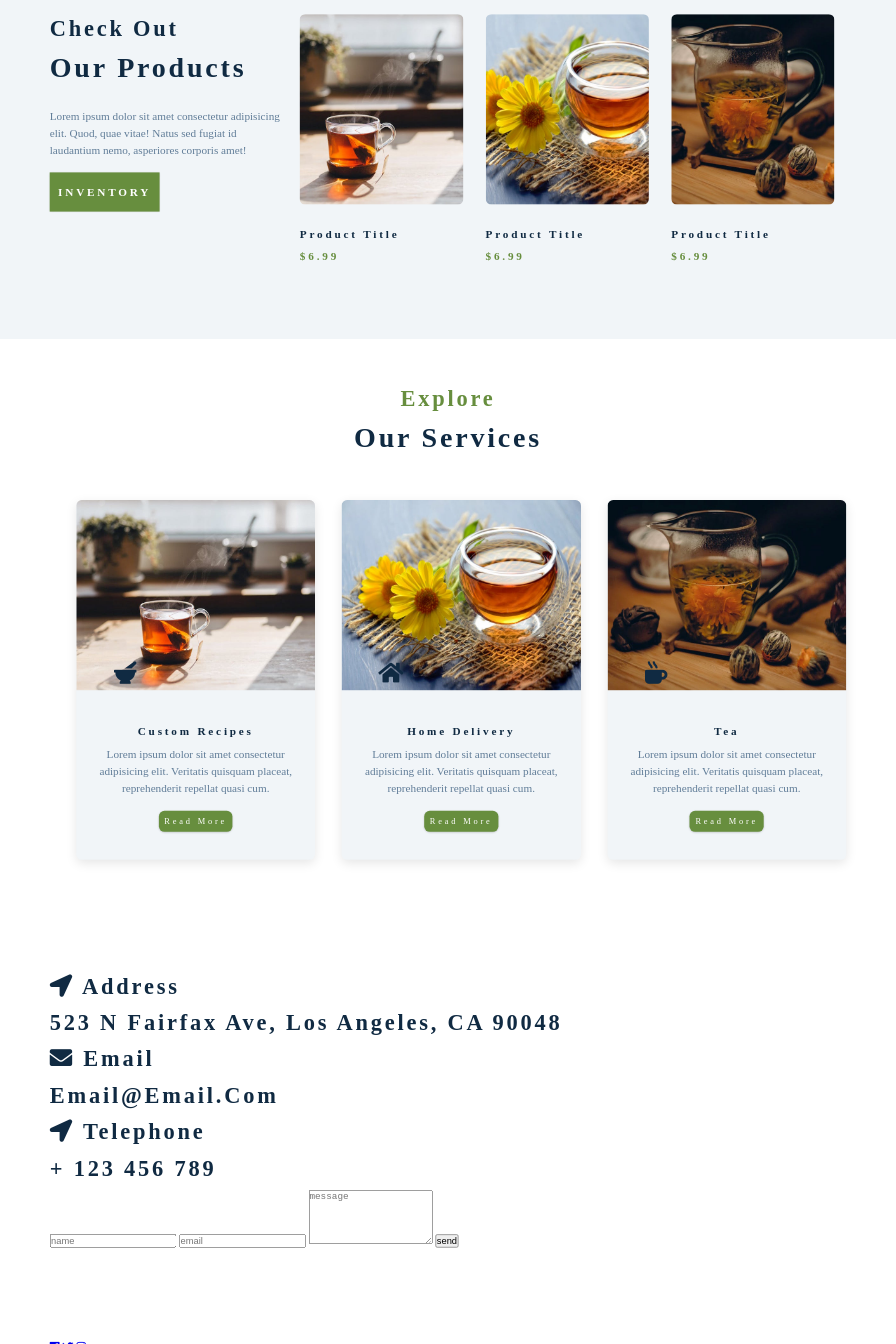
Repository: Ndifoinhilary/building_tea_site
Page: index.html
An editor plug-in stored every save of this project. The page is shown before and after the next save, followed by the edit.
The browser window is 1280 px wide. The pictures show the part of the page from y = 1706 to 3626 px (the page is 3750 px tall), at 70% of full size.
Backgrounds fixed to the window are drawn as part of the page. Some web fonts or font styles are not loaded; a fallback is used.

Above is the page before, as saved 2024-01-06 15:30:29.

### index.html
<!DOCTYPE html>
<html lang="en">

<head>
  <meta charset="UTF-8" />
  <meta name="viewport" content="width=device-width, initial-scale=1.0" />
  <meta http-equiv="X-UA-Compatible" content="ie=edge" />
  <title>Tea Station || Home</title>
  <!-- font-awesome -->
  <link rel="stylesheet" href="./fontawesome-free-5.7.2-web/css/all.css" />
  <!-- custom css -->
  <link rel="stylesheet" href="./css/styles.css" />
</head>

<body>
  <!-- nav button -->
  <span class="nav-btn" id="nav-btn">
    <i class="fas fa-bars"></i>
  </span>
  <!-- nav -->
  <nav class="navbar" id="navbar">
    <div class="navbar-header">
      <span class="nav-close" id="nav-close">
        <i class="fas fa-times"></i>
      </span>
    </div>
    <ul class="nav-items">
      <li><a href="index.html" class="nav-link">home</a></li>
      <li><a href="skills.html" class="nav-link">skills</a></li>
      <li><a href="about.html" class="nav-link">about</a></li>
      <li><a href="products.html" class="nav-link">products</a></li>
    </ul>
  </nav>
  <!-- header -->
  <header class="header">
    <div class="banner">
      <h2 class="banner-subtitle">Over one hunred flavors of tea</h2>
      <h1 class="banner-title">specially crafted tea</h1>
      <a href="skills.html" class=" btn banner-btn">explore</a>
    </div>
  </header>

  <div class="content-divider"></div>





  <!-- skills section -->
  <section class="skills clearfix">
    <!-- single skill -->
    <article class="skill">
      <span class="skill-icon">
        <i class="fas fa-mug-hot"></i>
      </span>
      <h4 class="skill-title">made in US</h4>
      <!-- ten words -->
      <p class="skill-text">
        Lorem ipsum dolor sit amet consectetur adipisicing elit. Tempore,
        sequi.
      </p>
    </article>
    <!-- end of single skill -->
    <!-- single skill -->
    <article class="skill">
      <span class="skill-icon">
        <i class="fas fa-glass-cheers"></i>
      </span>
      <h4 class="skill-title">relaxation</h4>
      <!-- ten words -->
      <p class="skill-text">
        Lorem ipsum dolor sit amet consectetur adipisicing elit. Tempore,
        sequi.
      </p>
    </article>
    <!-- end of single skill -->
    <!-- single skill -->
    <article class="skill">
      <span class="skill-icon">
        <i class="fas fa-bomb"></i>
      </span>
      <h4 class="skill-title">energy</h4>
      <!-- ten words -->
      <p class="skill-text">
        Lorem ipsum dolor sit amet consectetur adipisicing elit. Tempore,
        sequi.
      </p>
    </article>
    <!-- end of single skill -->
    <!-- single skill -->
    <article class="skill">
      <span class="skill-icon">
        <i class="fas fa-mortar-pestle"></i>
      </span>
      <h4 class="skill-title">family recipe</h4>
      <!-- ten words -->
      <p class="skill-text">
        Lorem ipsum dolor sit amet consectetur adipisicing elit. Tempore,
        sequi.
      </p>
    </article>
    <!-- end of single skill -->
  </section>
  <!--end of skills section -->




  <!-- about -->
  <section class="about">

    <div class="section-center clearfix">

      <article class="about-img">
        <div class="about-picture-container">
          <img src="./images/about-bcg.jpeg" alt="tea kettle" class="about-picture" />
        </div>
      </article>

      <article class="about-info">
        <!-- section title -->
        <div class="section-title">
          <h3 class="section-subtitle">about our</h3>
          <h2 class="section-title">tea station</h2>
        </div>
        <!-- section title -->
        <p class="about-text">
          Lorem ipsum dolor sit amet consectetur adipisicing elit. Possimus
          numquam rem eos vel consequuntur obcaecati?
        </p>
        <p class="about-text">
          Lorem ipsum dolor sit amet consectetur adipisicing elit. Possimus
          numquam rem eos vel consequuntur obcaecati?
        </p>
        <a href="about.html" class="btn">learn more</a>
      </article>
    </div>
  </section>
  <!-- end of about -->





  <!-- products -->
  <section class="products">
    <div class="section-center clearfix">
      <!-- products info  -->
      <article class="products-info">
        <!-- title -->
        <div>
          <h3 class="section-subtitle">check out</h3>
          <h2 class="section-title text-white">our products</h2>
        </div>
        <!-- end of title -->
        <p class="product-text">
          Lorem ipsum dolor sit amet consectetur adipisicing elit. Quod, quae
          vitae! Natus sed fugiat id laudantium nemo, asperiores corporis
          amet!
        </p>
        <a href="products.html" class="btn">inventory</a>
      </article>
      <!-- end of products info -->

      <!-- products inventory -->
      <article class="products-inventory clearfix">
        <!-- single product -->
        <div class="product">
          <img src="./images/product-1.jpeg" alt="single product" class="product-img" />
          <h4 class="product-title">product title</h4>
          <h4 class="product-price">$6.99</h4>
        </div>
        <!--end of single product -->
        <!-- single product -->
        <div class="product">
          <img src="./images/product-2.jpeg" alt="single product" class="product-img" />
          <h4 class="product-title">product title</h4>
          <h4 class="product-price">$6.99</h4>
        </div>
        <!--end of single product -->
        <!-- single product -->
        <div class="product">
          <img src="./images/product-3.jpeg" alt="single product" class="product-img" />
          <h4 class="product-title">product title</h4>
          <h4 class="product-price">$6.99</h4>
        </div>
        <!--end of single product -->
      </article>
      <!--end of  products inventory -->
    </div>
  </section>


  <!-- end of  products -->

<!-- Services section -->
<section class="services">
    <!-- section title -->
    <div class="section-title services-title">
      <h3 class="section-subtitle">explore</h3>
      <h2 class="section-title">Our services</h2>
    </div>
    <!-- section title -->

    <div class="section-center clearfix">
      <!-- single card -->
      <article class="service-card">
        <div class="service-img-container">
          <img src="./images/product-1.jpeg" class="service-img" alt="signle service">
          <span class="service-icon"><i class="fas fa-mortar-pestle fa-fw"></i></span>
        </div>
        <div class="service-info">
          <h4>Custom recipes</h4>
          <p>Lorem ipsum dolor sit amet consectetur adipisicing elit. Veritatis quisquam placeat, reprehenderit repellat quasi cum.</p>
          <a href="products.html" class="btn service-btn">read more</a>
        </div>
      </article>

      <article class="service-card">
        <div class="service-img-container">
          <img src="./images/product-2.jpeg" class="service-img" alt="signle service">
          <span class="service-icon"><i class="fas fa-home fa-fw"></i></span>
        </div>
        <div class="service-info">
          <h4>Home delivery</h4>
          <p>Lorem ipsum dolor sit amet consectetur adipisicing elit. Veritatis quisquam placeat, reprehenderit repellat quasi cum.</p>
          <a href="products.html" class="btn service-btn">read more</a>
        </div>
      </article>
      <article class="service-card">
        <div class="service-img-container">
          <img src="./images/product-3.jpeg" class="service-img" alt="signle service">
          <span class="service-icon"><i class="fas fa-mug-hot fa-fw"></i></span>
        </div>
        <div class="service-info">
          <h4>tea </h4>
          <p>Lorem ipsum dolor sit amet consectetur adipisicing elit. Veritatis quisquam placeat, reprehenderit repellat quasi cum.</p>
          <a href="products.html" class="btn service-btn">read more</a>
        </div>
      </article>
      <!--  end single card -->
    </div>
    <!-- service infor -->

    <!-- End service infor -->
</section>
<!-- End of service section -->


  <!-- contact -->
  <section class="contact">
    <div class="section-center clearfix">
      <!-- contact info -->
      <article class="contact-info">
        <!-- contact item -->
        <div class="contact-item">
          <!-- contact text -->
          <h3 class="contact-title">
            <span class="contact-icon">
              <i class="fas fa-location-arrow"></i> </span>address
          </h3>
          <h3 class="contact-text">
            523 N Fairfax Ave, Los Angeles, CA 90048
          </h3>
        </div>
        <!-- end of contact item -->
        <!-- contact item -->
        <div class="contact-item">
          <!-- contact text -->
          <h3 class="contact-title">
            <span class="contact-icon"> <i class="fas fa-envelope"></i> </span>email
          </h3>
          <h3 class="contact-text">email@email.com</h3>
        </div>
        <!-- end of contact item -->

        <!-- contact item -->
        <div class="contact-item">
          <!-- contact text -->
          <h3 class="contact-title">
            <span class="contact-icon">
              <i class="fas fa-location-arrow"></i> </span>telephone
          </h3>
          <h3 class="contact-text">+ 123 456 789</h3>
        </div>
        <!-- end of contact item -->
      </article>
      <article class="contact-form">
        <form action="https://formspree.io/learncodetutorial@gmail.com" method="POST" class="form-group">
          <input type="text" name="name" placeholder="name" class="form-control" />
          <input type="email" name="email" placeholder="email" class="form-control" />
          <textarea name="message" placeholder="message" class="form-control" rows="5"></textarea>
          <button class="main-btn">send</button>
        </form>
      </article>
      <!-- end of contact info -->
    </div>
  </section>




  <!-- end o fcontact -->
  <footer class="footer">
    <div class="section-center">
      <div class="social-icons">
        <!-- social icon -->
        <a href="#" class="social-icon">
          <i class="fab fa-facebook"></i>
        </a>
        <!-- end of social icon -->
        <!-- social icon -->
        <a href="#" class="social-icon">
          <i class="fab fa-twitter"></i>
        </a>
        <!-- end of social icon -->
        <!-- social icon -->
        <a href="#" class="social-icon">
          <i class="fab fa-instagram"></i>
        </a>
        <!-- end of social icon -->
      </div>
      <p class="footer-text">
        &copy;2019 <span class="text-primary">tea station</span>. all rights
        reserved
      </p>
    </div>
  </footer>



  <script src="app.js"></script>
</body>

</html>

### css/styles.css
@import url("https://fonts.googleapis.com/css?family=Catamaran:400,700|Grand+Hotel");

* {
  margin: 0;
  padding: 0;
  box-sizing: border-box;
}

/*================
Global variables
===================
*/

:root{
  --clr-primary:#678e3e;
  --clr-primary-light:#beed8c;
  --clr-grey-1:#102a42;
  --clr-grey-5:#617d98;
  --clr-grey-10:#f1f5f8;
  --clr-white:#fff;
  --ff-primary:"Catamaran",sans-serif;
  --ff-secondary:"Grand Hotel", cursive;
  --transition: all 0.3s linear ;
  --spacing:0.25rem;
  --radius:0.5rem;
}


body{
  font-family: var(--clr-primary);
  background: var(--clr-white);
  color: var(--clr-grey-1);
  line-height: 1.5;
  font-size: 0.875rem;
}

a{
  text-decoration: none;
}

img{
  width: 100%;
  display: block;
}
h1,h2,h3,h4{
  letter-spacing: var(--spacing);
  text-transform: capitalize;
  line-height: 1.25;
  margin-bottom: 0.75rem;
}

h1{
  font-size: 3rem;
}
h2{
  font-size: 2rem;
}
h3{
  font-size: 1.5rem;
}
h4{
  font-size: 0.875rem;
}

p{
  margin-bottom: 1.25rem;
}
@media screen and (min-width:800px) {
  h1{
    font-size: 4rem;
  }
  h2{
    font-size: 2.5rem;
  }
  h3{
    font-size: 2rem;
  }
  h4{
    font-size: 1rem;
  }
  body{
    font-size: 1rem;
  }
  h1,h2,h3,h4{
    line-height: 1.25;

  }
}
/*
more css
 */

 .btn{
  text-transform: uppercase;
  background: var(--clr-primary);
  color: var(--clr-white);
  padding: 1rem 0.75rem;
  letter-spacing: var(--spacing);
  display: inline-block;
  font-weight:700 ;
  transition: var(--transition);
  font-size: 1rem;
  border: none;
  cursor: pointer;
  box-shadow: 0 1px 3px rgba(0, 0, 0,0.2);
 }
.btn:hover {
  color: var(--ff-primary);
  background: var(--clr-primary-light);
}
.clearfix::after , .clearfix::before{
  content: "";
  clear: both;
  display: table;
}
.section-title h3{
font-family: var(--ff-secondary);
color: var(--clr-primary);
}
.section-title{
  margin-bottom: 2rem;
}
.section-center{
  padding: 4rem 0;
  width: 85vw;
  margin: 0 auto;
  max-width: 1170px;
}
@media screen and (min-width:992px) {
  .section-center{
    width: 95vw;
    padding: 4rem 1rem;
  }
}
 /*
 header
  */

  .header{
    min-height: 100vh;
    background: linear-gradient(rgba(0, 0, 0,0.6),rgba(0, 0, 0,0.6)) ,url("/images/main-bcg.jpeg") center/cover no-repeat fixed;
    position: relative;
    /* animation */
    overflow-x: hidden;

  }

  .banner{
    text-align: center;
    position: absolute;
    top: 50%;
    left: 50%;
    transform: translate(-50%,-50%);
  }

  .banner h2{
    font-family: var(--ff-secondary);
    color: var(--clr-primary);
    /* animation */
  }

  .banner h1{
    text-transform: uppercase;
    color: var(--clr-white);
    margin-top: 1.25rem;
    margin-bottom: 2rem;
  }

.banner-btn{
  outline: 0.125rem solid var(--clr-primary);
  outline-offset: 0.25rem;
  font-size: 1.25rem;
  padding:1rem 1.75rem ;
}

.content-divider{
height: 0.5rem;
background: linear-gradient(to left, var(--clr-primary), #e9b949, var(--clr-primary));
}

/*
skills section
 */

 .skills{
  background: var(--clr-grey-10);

 }

 .skill{
  text-align: center;
  padding: 2.5rem 0;
  transition: var(--transition);

 }

 .skill-icon{
  font-size: 2.5rem;
  margin-bottom: 1.25rem;
  transition: var(--transition);
  display: inline-block;
  color: var(--clr-primary);

 }
 .skill-text{
  color: var(--clr-grey-5);
  max-width: 17rem;
  margin: 0 auto;
 }
 .skill:hover {
  background: var(--clr-white);
  box-shadow: 0  2px var(--clr-primary);
 }

 .skill:hover .skill-icon{
  transform: translateY(-5px);
 }
 @media screen and (min-width:576px) {
  .skill{
    float: left;
    width: 50%;
  }
 }

 @media screen and (min-width:1200px) {
  .skill{

    width: 25%;
  }
 }

 /*
 About css
  */
.about-img, .about-info{
  padding: 2rem;
}

.about-picture-container{
  color: var(--clr-primary);
  border: 0.5rem solid var(--clr-primary);
  max-width: 30rem;
  overflow: hidden;

}

.about-picture{
  transition: var(--transition);
}

.about-picture-container:hover .about-picture{
opacity: 0.5;
transform: scale(1.2)
}


.about-text{
  max-width: 26rem;
  color: var(--clr-grey-5);
}


@media screen and (min-width:992px) {
  .about-info, .about-img{
    float: left;
    width: 50%;
  }
  .about-info{
    padding-left:2rem ;
  }
}
/*
product section
 */


 .product{
  margin-bottom: 2rem;
 }

.products{
  background: var(--clr-grey-10);

}

.products article{
  padding: 2rem 0;
}
.product-text{
  color: var(--clr-grey-5);
  max-width: 26rem;
}

.product-img{
  border-radius: var(--radius);
  margin-bottom: 2rem;
  height: 17rem;
  object-fit: cover;
}

.product-price{
  color: var(--clr-primary);
}

@media screen and (min-width:768px) {
.product{
  float: left;
  width: 50%;
  padding-left: 2rem;
}

}
@media screen and (min-width:992px) {
.product{
  width: 33.3%;
}

}
@media screen and (min-width:1200px) {
.products-info{
  float: left;
  width: 30%;
}

}
@media screen and (min-width:1200px) {
.products-inventory{
  float: left;
  width: 70%;
}
  .product{
    margin-bottom: 0;
    padding: 0 1rem;
  }
}

/*
services section
 */

.services-title{
  margin-top: 4rem;
  margin-bottom: -4rem;
  text-align: center;
}

.service-card{
  margin: 2rem 0;
  background: var(--clr-grey-10);
  border-radius: var(--radius);
  box-shadow: 0 5px 15px rgba(0, 0, 0,0.1);
  transition: var(--transition);
}
.service-card:hover{
  transform: scale(1.02);
  box-shadow: 0 5px 15px rgba(0, 0, 0,0.2);

}

.service-img{
  height: 17rem;
  object-fit: cover;
  border-top-left-radius: var(--radius);
  border-top-right-radius: var(--radius);
}

.service-info{
  text-align: center;
  padding: 3rem 1rem 2.5rem 1rem;
}

.service-info p {
  max-width: 20rem;
  color: var(--clr-grey-5);
  margin: 0 auto;
}

.service-btn{
  font-size: 0.75rem;
  text-transform: capitalize;
  padding: 0.375rem 0.5rem;
  border-radius: var(--radius);
  font-weight: 400;
  margin-top: 1.25rem;
}

@media screen and (min-width:768px) {
  .service-card{
    float: left;
    width: 45%;
    margin-left: 5%;
  }

}
@media screen and (min-width:992px) {
  .service-card{
    width: 30%;
    margin-left: 3.333%;
  }

}


.service-img-container{
  position:relative;
}

.service-icon{
  position:absolute;
  left: 50px;
  bottom:0;
  font-size:2rem;
}

### app.js
const navBtn = document.getElementById("nav-btn");
const navbar = document.getElementById("navbar");
const navClose = document.getElementById("nav-close");

navBtn.addEventListener("click", () => {
  navbar.classList.add("showNav");
});

navClose.addEventListener("click", () => {
  navbar.classList.remove("showNav");
});

Loaded but not shown: fontawesome-free-5.7.2-web/css/all.css (library)

After the next save:
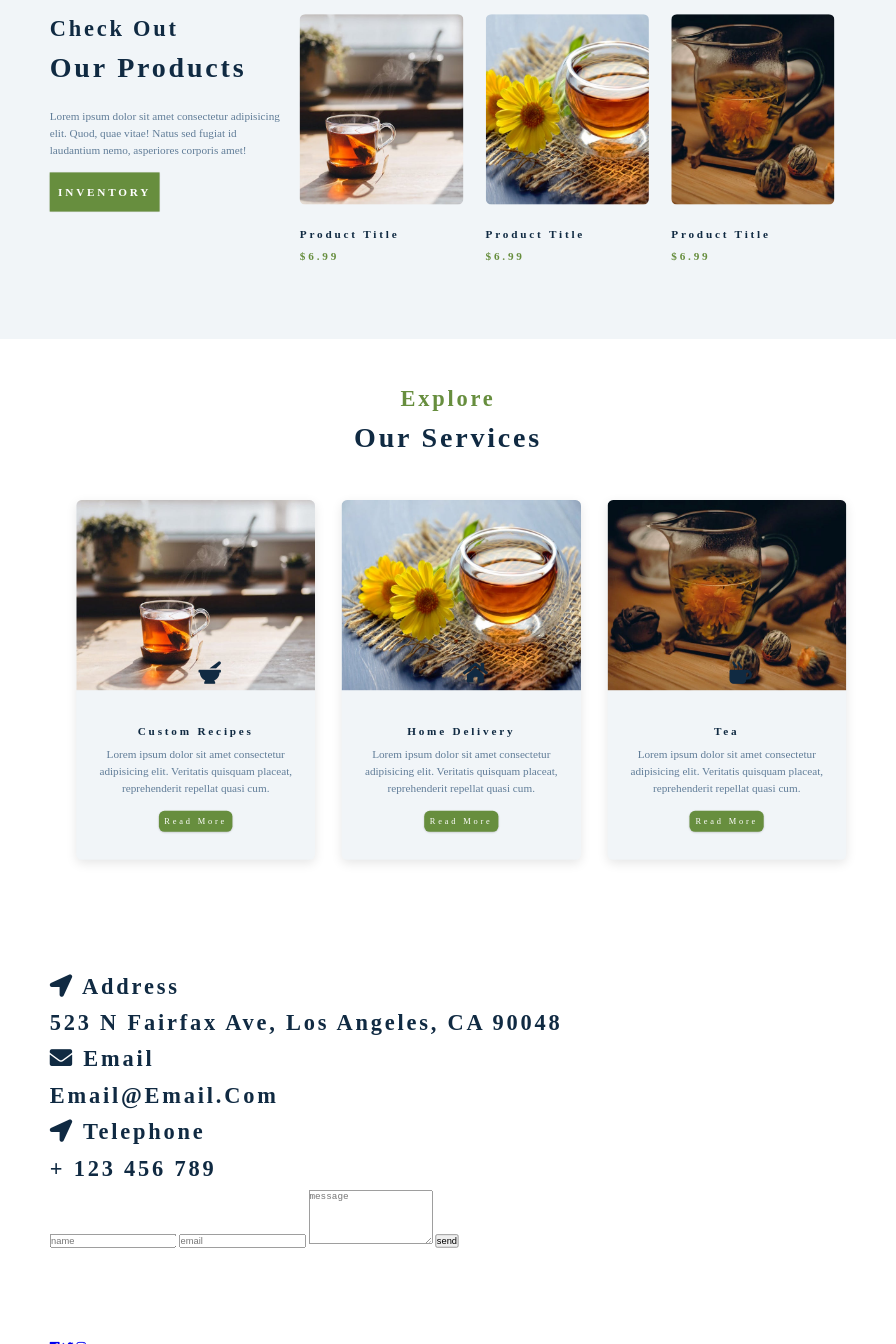
Saved 113 s later.
--- a/css/styles.css
+++ b/css/styles.css
@@ -407,7 +407,8 @@ services section
 
 .service-icon{
   position:absolute;
-  left: 50px;
+  left: 50%;
   bottom:0;
   font-size:2rem;
-}
+
+}
